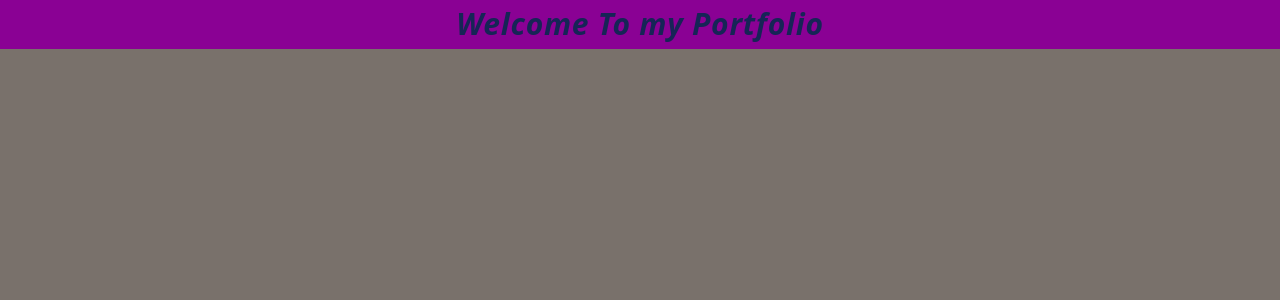
Repository: abhaysharma20233009/portfolio
Page: /
These files come from the project's save history. The page is drawn as it stood at one moment and after the next save; the edit follows.
The browser window is 1280 px wide. The pictures show the whole page.
The project was rebuilt for these pictures with package versions that can differ from the ones it lists, and the page was loaded fresh each time. Also part of the build but not shown: vite.config.js, src/App.css.

Above is the page before, as saved 2025-05-20 17:09:19.

After the next save:
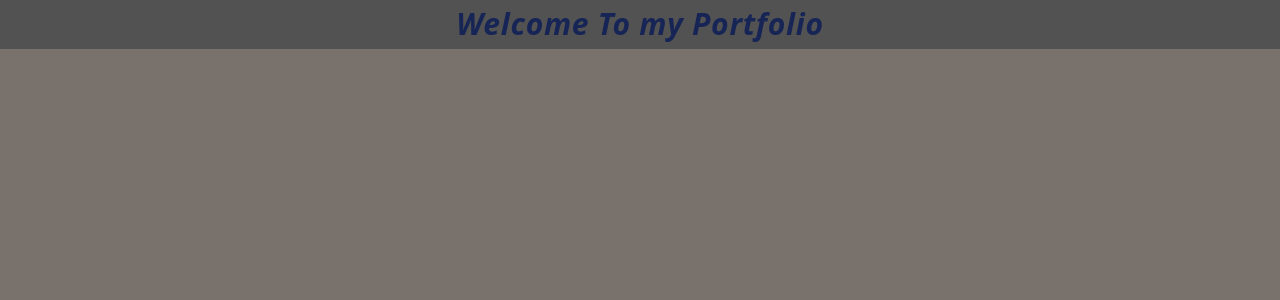
Saved 20 s later.
--- a/src/App.jsx
+++ b/src/App.jsx
@@ -8,7 +8,7 @@ function App() {
   return (
     <>
      <div className="h-screen w-full text-3xl bg-stone-500">
-  <h1 className='text-center text-shadow text-blue-950 bg-fuchsia-800 font-bold italic tracking-wide leading-relaxed'>Welcome To my Portfolio</h1>
+  <h1 className='text-center text-shadow text-blue-950 bg-neutral-600 font-bold italic tracking-wide leading-relaxed'>Welcome To my Portfolio</h1>
         </div>
 
     </>
